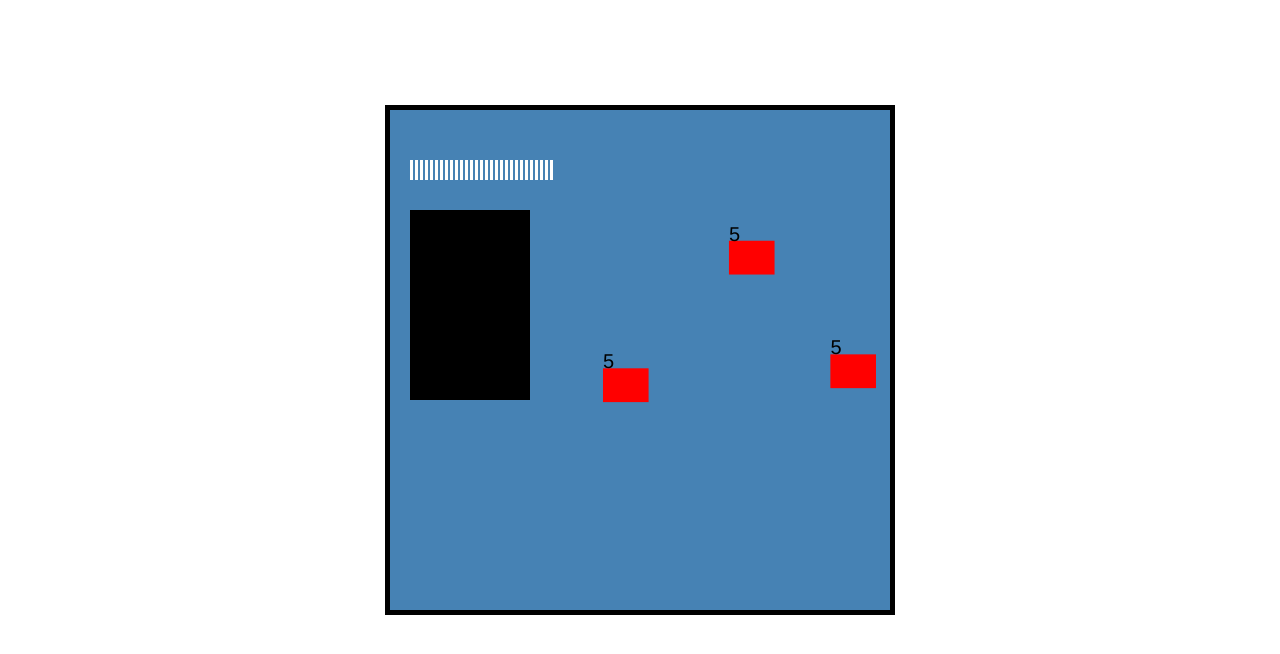
Repository: vasucp1207/seahorse-shooting-game
Page: index.html
These files come from the project's save history. The page is drawn as it stood at one moment and after a run of saves; the edit follows.
The browser window is 1280 px wide. The pictures show the whole page.

Above is the page before, as saved 2022-08-24 19:11:24.

### index.html
<!DOCTYPE html>
<html lang="en">
<head>
    <meta charset="UTF-8">
    <meta http-equiv="X-UA-Compatible" content="IE=edge">
    <meta name="viewport" content="width=device-width, initial-scale=1.0">
    <title>Document</title>
    <link rel="stylesheet" href="style.css">
</head>
<body>
    <canvas id="canvas"></canvas>

    <script src="script.js"></script>
</body>
</html>

### style.css
* {
    margin: 0;
    padding: 0;
    box-sizing: border-box;
}

#canvas{
    border: 5px solid black;
    position: absolute;
    top: 50%;
    left: 50%;
    transform: translate(-50%, -50%);
    background: steelblue;
    max-width: 100%;
    max-height: 100%;
}

### script.js
window.addEventListener('load', function () {
    const canvas = this.document.getElementById('canvas')
    const ctx = canvas.getContext('2d')
    canvas.width = 500
    canvas.height = 500

    class InputHandler {
        constructor(game) {
            this.game = game
            window.addEventListener('keydown', e => {
                if (((e.key === 'ArrowUp')
                    || (e.key === 'ArrowDown'))
                    && (this.game.keys.indexOf(e.key)) === -1) {
                    this.game.keys.push(e.key)
                } else if(e.key === ' '){
                    this.game.player.shootTop()
                }
            })
            window.addEventListener('keyup', e => {
                if (this.game.keys.indexOf(e.key) > -1) {
                    this.game.keys.splice(this.game.keys.indexOf(e.key), 1)
                }
            })
        }
    }

    class Projectile {
        constructor(game, x, y){
            this.game = game
            this.x = x
            this.y = y
            this.width = 10
            this.height = 10
            this.speed = 10
            this.markedForDeletion = false
        }

        update(){
            this.x += this.speed
            if(this.x > this.game.width * 0.9) this.markedForDeletion = true
        }

        draw(context){
            context.fillStyle = 'yellow'
            context.fillRect(this.x, this.y, this.width, this.height)
        }
    }

    class Player {
        constructor(game) {
            this.game = game
            this.width = 120
            this.height = 190
            this.x = 20
            this.y = 100
            this.speedY = 0
            this.maxSpeed = 2
            this.projectile = []
        }

        update() {
            if(this.game.keys.includes('ArrowUp')) this.speedY = -this.maxSpeed
            else if(this.game.keys.includes('ArrowDown')) this.speedY = this.maxSpeed
            else this.speedY = 0
            this.y += this.speedY

            this.projectile.forEach(projectile => {
                projectile.update()
            })
            this.projectile = this.projectile.filter(projectile => !projectile.markedForDeletion)
        }
        draw(context) {
            context.fillStyle = 'black'
            context.fillRect(this.x, this.y, this.width, this.height)
            this.projectile.forEach(projectile => {
                projectile.draw(context)
            })
        }
        shootTop(){
            if(this.game.amo > 0){
                this.projectile.push(new Projectile(this.game, this.x + 80, this.y + 80))
                this.game.amo--
            }
        }
    }

    class Particle {

    }

    class Enemy {
        constructor(game){
            this.game = game
            this.x = this.game.width
            this.speedX = Math.random() * -1.5 - 0.5
            this.markedForDeletion = false
            this.lives = 5
            this.score = this.lives
        }
        update(){
            this.x += this.speedX
            if(this.x + this.width < 0) this.markedForDeletion = true
        }
        draw(context){
            context.fillStyle = 'red'
            context.fillRect(this.x, this.y, this.width, this.height)
            context.fillStyle = 'black'
            context.font = '20px Helvetica'
            context.fillText(this.lives, this.x, this.y)
        }
    }

    class Angler1 extends Enemy{
        constructor(game){
            super(game)
            this.width = 228 * 0.2
            this.height = 169 * 0.2
            this.y = Math.random() * (this.game.height * 0.9 - this.height)
        }
    }

    class Layer {

    }

    class Background {

    }

    class UI {
        constructor(game){
            this.game = game
            this.fontSize = 25
            this.fontFamily = 'Helvetica'
            this.color = 'white'
        }
        draw(context){
            context.fillStyle = this.color
            for(let i = 0; i < this.game.amo; i++){
                context.fillRect(20 + 5 * i, 50, 3, 20)
            }
        }
    }

    class Game {
        constructor(width, height) {
            this.width = width
            this.height = height
            this.player = new Player(this)
            this.input = new InputHandler(this)
            this.ui = new UI(this)
            this.keys = []
            this.enemies = []
            this.enemyTimer = 0
            this.enemyInterval= 1000
            this.amo = 20
            this.amoTimer = 0
            this.amoInterval = 500
            this.maxAmo = 50
            this.gameOver = false
            this.score = 0
            this.winningScore = 10
        }
        update(deltaTime) {
            this.player.update()
            if(this.amoTimer > this.amoInterval){
                if(this.amo < this.maxAmo) this.amo++
                this.amoTimer = 0
            }
            else{
                this.amoTimer += deltaTime
            }

            this.enemies.forEach(enemy => {
                enemy.update()
                if(this.checkCollision(this.player, enemy)){
                    enemy.markedForDeletion = true
                }

                this.player.projectile.forEach(projectile => {
                    if(this.checkCollision(projectile, enemy)){
                        enemy.lives--
                        projectile.markedForDeletion = true
                        if(enemy.lives <= 0){
                            enemy.markedForDeletion = true
                            this.score += enemy.score
                        }
                    }
                })
            })
            this.enemies = this.enemies.filter(enemy => !enemy.markedForDeletion)
            if(this.enemyTimer > this.enemyInterval && !this.gameOver){
                this.addEnemy()
                this.enemyTimer = 0
            }
            else{
                this.enemyTimer += deltaTime
            }
        }

        draw(context) {
            this.player.draw(context)
            this.ui.draw(context)
            this.enemies.forEach(enemy => {
                enemy.draw(context)
            })
        }

        addEnemy(){
            this.enemies.push(new Angler1(this))
        }

        checkCollision(rect1, rect2){
            return (
                rect1.x < rect2.x + rect2.width &&
                rect1.x + rect1.width > rect2.x &&
                rect1.y < rect2.y + rect2.height &&
                rect1.height + rect1.y > rect2.y
            )
        }
    }

    const game = new Game(canvas.width, canvas.height)
    let lastTime = 0
    function animate(timeStamp) {
        const deltaTime = timeStamp - lastTime
        lastTime = timeStamp
        ctx.clearRect(0, 0, canvas.width, canvas.height)
        game.update(deltaTime)
        game.draw(ctx)
        requestAnimationFrame(animate)
    }
    animate(0)
})

After the next 2 saves:
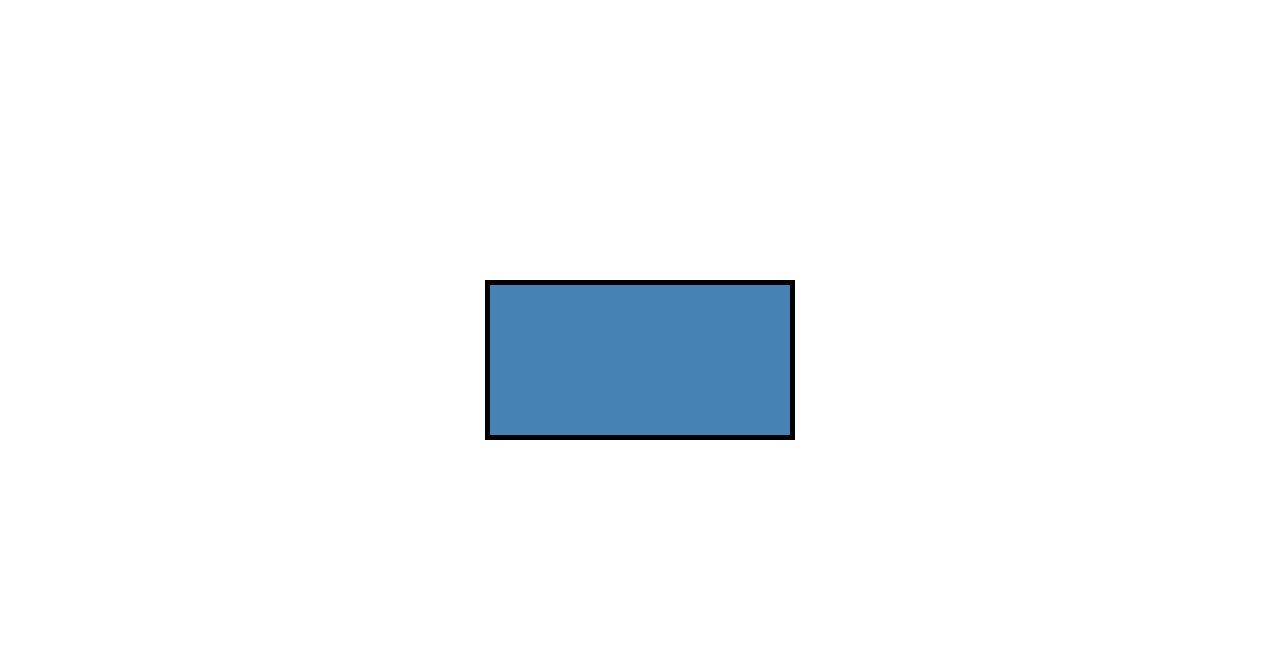
Console error: SyntaxError: Unexpected token ')'
The 2 saves are shown as one change because they came seconds apart.
The last was saved 24 s later.
--- a/script.js
+++ b/script.js
@@ -184,6 +184,7 @@
                         if(enemy.lives <= 0){
                             enemy.markedForDeletion = true
                             this.score += enemy.score
+                            if()
                         }
                     }
                 })

After the 3 saves that followed:
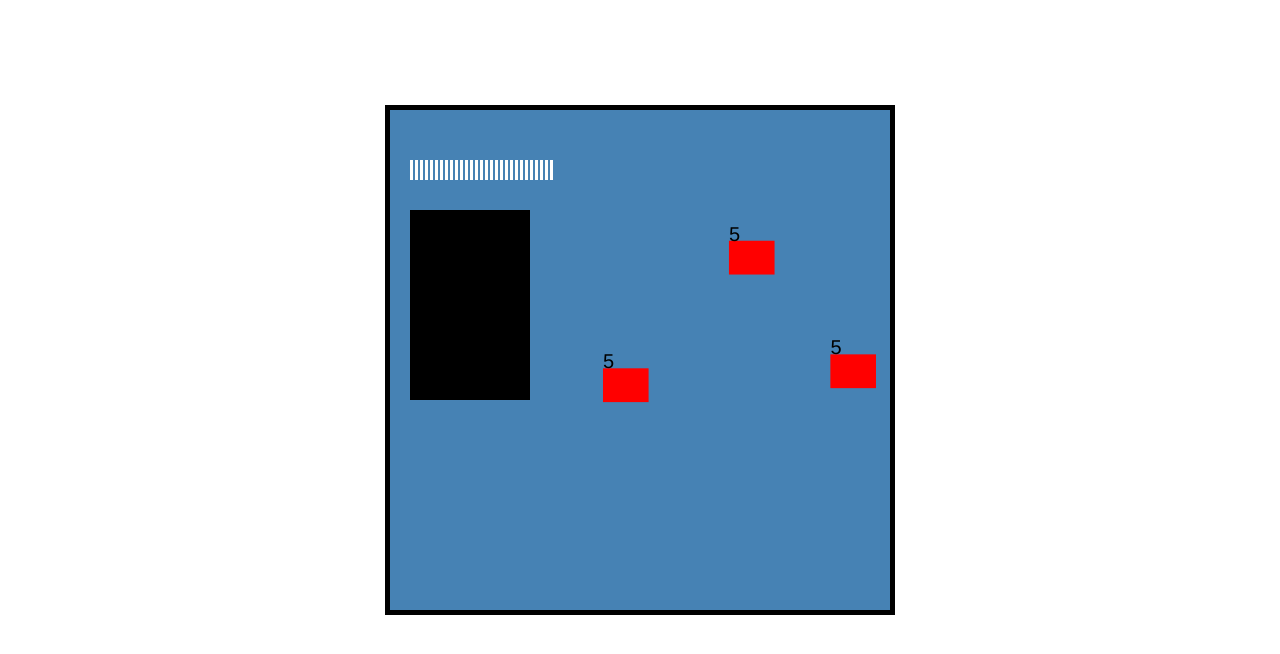
The error is gone.
The 3 saves are shown as one change because 1 left the picture as it was and some came seconds apart.
The last was saved 13 s later.
--- a/script.js
+++ b/script.js
@@ -184,7 +184,7 @@
                         if(enemy.lives <= 0){
                             enemy.markedForDeletion = true
                             this.score += enemy.score
-                            if()
+                            if(this.score > this.winningScore) this.game
                         }
                     }
                 })
